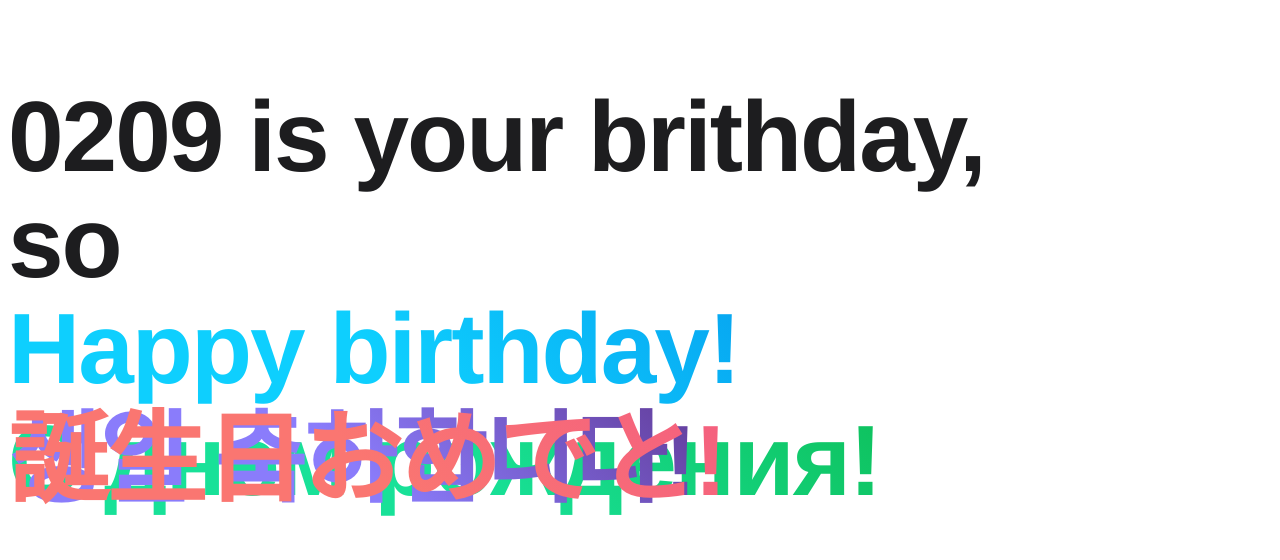
Repository: Caococos/02-09
Page: /
The author's editor kept a copy of each file at every save. The page is drawn from the files as they stood at one save, then again after the next save.
The browser window is 1280 px wide. The pictures show the whole page.
The project was rebuilt for these pictures with package versions that can differ from the ones it lists, and the page was loaded fresh each time. Also part of the build but not shown: vue.config.js.

Above is the page before, as saved 2021-06-11 22:24:54.

### src/main.js
/*
 * @Descripttion:
 * @version: 1.0
 * @Author: Zhihaot1
 * @Date: 2021-06-11 21:03:51
 * @LastEditors: Zhihaot1
 * @LastEditTime: 2021-06-11 22:08:57
 */
import Vue from 'vue'
import App from './App.vue'
import router from './router'

Vue.config.productionTip = false
import "assets/css/index.css";
new Vue({
  router,
  render: h => h(App)
}).$mount('#app')

### src/App.vue
<!--
 * @Descripttion:
 * @version: 1.0
 * @Author: Zhihaot1
 * @Date: 2021-06-11 21:03:51
 * @LastEditors: Zhihaot1
 * @LastEditTime: 2021-06-11 21:30:25
-->
<template>
  <div id="app">
    <router-view />
  </div>
</template>

<style>
</style>

### src/router/index.js
/*
 * @Descripttion:
 * @version: 1.0
 * @Author: Zhihaot1
 * @Date: 2021-06-11 21:03:51
 * @LastEditors: Zhihaot1
 * @LastEditTime: 2021-06-11 21:34:08
 */
import Vue from 'vue'
import VueRouter from 'vue-router'
import Home from 'views/home/Home.vue'

Vue.use(VueRouter)

const routes = [
  {
    path: '',
    redirect: '/home'
  },
  {
    path: '/home',
    name: 'Home',
    component: Home
  },
  // {
  //   path: '/about',
  //   name: 'About',
  //   // route level code-splitting
  //   // this generates a separate chunk (about.[hash].js) for this route
  //   // which is lazy-loaded when the route is visited.
  //   component: () => import(/* webpackChunkName: "about" */ '../views/About.vue')
  // }
]

const router = new VueRouter({
  mode: 'history',
  base: process.env.BASE_URL,
  routes
})

export default router

### src/assets/css/index.css
:root {
  --offset: 6px;
}

### src/views/home/Home.vue
<template>
  <div class="home">
    <h2>0209 is your brithday, so
      <div class="mask">
        <span data-show>Happy birthday!</span>
        <span>С днем рождения!</span>
        <span>생일 축하합니다!</span>
        <span>誕生日おめでと!</span>
      </div>
    </h2>
  </div>
</template>

<script>

export default {
  name: 'Home',
  mounted() {
    // this.move()
  },
  methods: {
    move() {
      setInterval(function () {
        const show = document.querySelector('span[data-show]')
        const next = show.nextElementSibling || document.querySelector('span:first-child')
        const up = document.querySelector('span[data-up]')

        if (up) {
          up.removeAttribute('data-up')
        }
        show.removeAttribute('data-show')
        show.setAttribute('data-up', '')

        next.setAttribute('data-show', '')
      }, 2000)
    }
  }
}
</script>
<style scoped>
h2 {
  width: 980px;
  font-size: 100px;
  font-family: Helvetica;
  line-height: 1.06;
  letter-spacing: -0.02em;
  color: #1d1d1f;
}

.mask {
  margin-top: var(--offset);
  height: 106px;
  position: relative;
  /* overflow: hidden; */
}

.mask span {
  display: block;
  margin-top: var(--offset);
  padding-bottom: var(--offset);
  box-sizing: border-box;
  position: absolute;
  top: 100px;

  background-size: 100% 100%;
  -webkit-background-clip: text;
  background-clip: text;
  -webkit-text-fill-color: transparent;
  background-repeat: no-repeat;
}

.mask span[data-show] {
  transform: translateY(-100%);
  transition: 0.5s transform ease-in-out;
}

.mask span[data-up] {
  transform: translateY(-200%);
  transition: 0.5s transform ease-in-out;
}

.mask span:nth-child(1) {
  background-image: linear-gradient(45deg, #0ecffe 50%, #07a6f1);
}

.mask span:nth-child(2) {
  background-image: linear-gradient(45deg, #18e198 50%, #0ec15d);
}

.mask span:nth-child(3) {
  background-image: linear-gradient(45deg, #8a7cfb 50%, #633e9c);
}

.mask span:nth-child(4) {
  background-image: linear-gradient(45deg, #fa7671 50%, #f45f7f);
}
</style>

Loaded but not shown: public/index.html (common file)

After the next save:
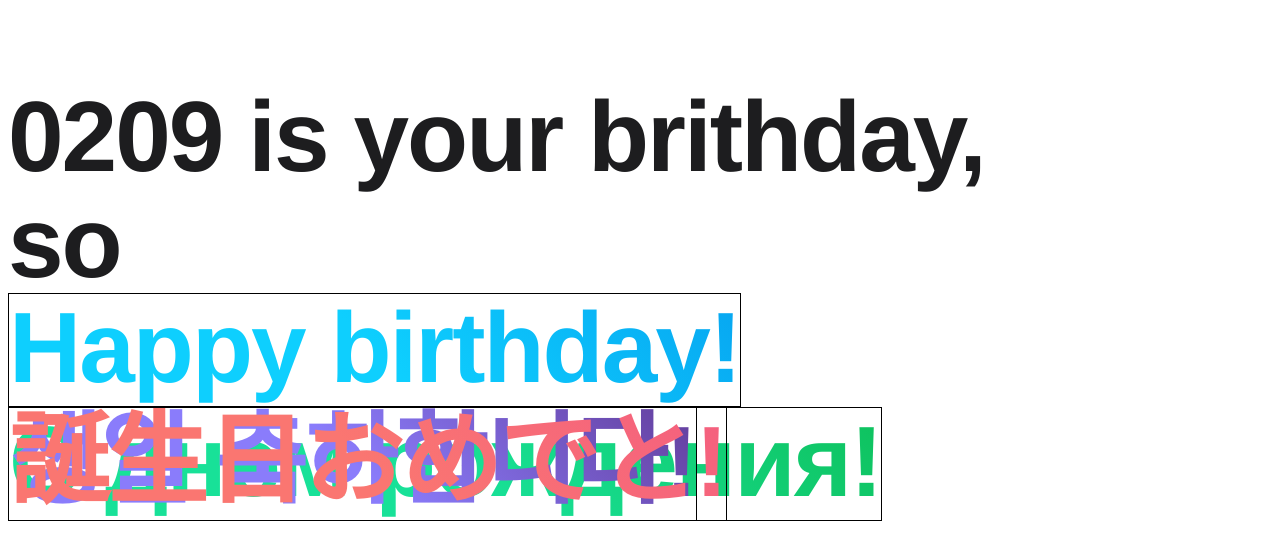
Saved 18 s later.
--- a/src/views/home/Home.vue
+++ b/src/views/home/Home.vue
@@ -55,6 +55,7 @@ h2 {
 }
 
 .mask span {
+  border: 1px solid #000;
   display: block;
   margin-top: var(--offset);
   padding-bottom: var(--offset);
